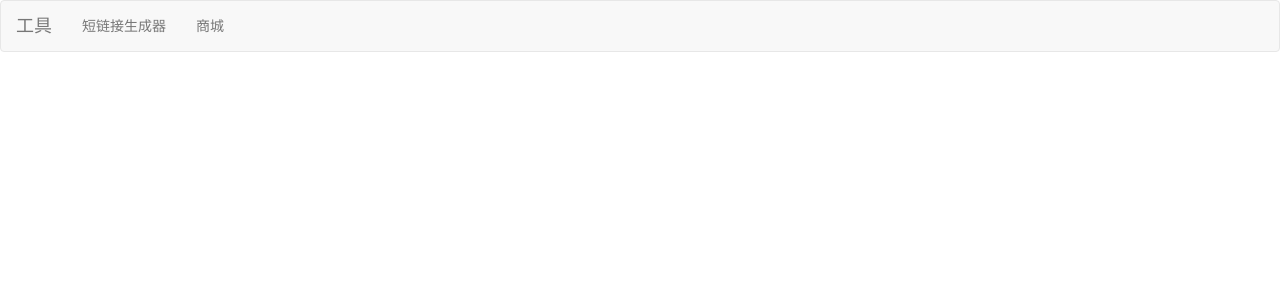
Repository: gwjczwy/CTF-Exercises
Page: http://localhost/tools/
These files come from the project's save history. The page is drawn as it stood at one moment and after the next save; the edit follows.
The browser window is 1280 px wide. The pictures show the whole page.
The page is served by the project's application, run on Django 2.2 (manage.py). Other server files are loaded and not shown.

Above is the page before, as saved 2019-04-29 15:24:55.

### tools/views.py
from django.shortcuts import render
from django.views.decorators.csrf import csrf_exempt
from django.http import HttpResponse


def index(requests):
    return render(requests,'tools/index.html',{'toolname':'index'})

def shop(requests):
    data={}
    data['toolName']="shop"
    return render(requests, 'tools/index.html', data)

def surl(requests):
    data={}
    data['toolName']="surl"
    data['parameter']="index"
    return render(requests, 'tools/index.html', data)

def surls(requests,parameter):
    data={}
    data['toolName']="surl"
    data['parameter']="link"
    print(parameter)


    return render(requests, 'tools/index.html', data)

### tools/templates/tools/index.html
{% load staticfiles %}
{% include "./head.html" %}

	<div style="text-align: center;">

	</div>
</html>

### tools/templates/tools/head.html
{% load staticfiles %}
<!doctype html>
<html>
	<head>
		<meta charset="utf-8">
		<title>内部人员专用工具</title>
		<link rel="stylesheet" href="{% static "tools/bootstrap.min.css" %}">
		<script src="{% static "tools/jquery.min.js" %}"></script>
		<script src="{% static "tools/bootstrap.min.js" %}"></script>
	</head>

	<body>
	<nav class="navbar navbar-default" role="navigation">
		<div class="container-fluid">
		<div class="navbar-header">
			<a class="navbar-brand" href="#">工具</a>
		</div>
			<div>


				<ul class="nav navbar-nav">
					<li {% if toolName == "surl" %} class="active" {% endif %}><a href="/tools/s">短链接生成器</a></li>
				</ul>
				<ul class="nav navbar-nav">
					<li {% if toolName == "shop" %} class="active" {% endif %}><a href="/tools/shop">商城</a></li>
				</ul>
			</div>
		</div>
	</nav>

### 训练平台/urls.py
from django.contrib import admin
from django.urls import path,include

urlpatterns = [
    path('tools/', include('tools.urls')),
    path('', include('sql.urls')),
    # path('admin/', admin.site.urls),
]

### tools/urls.py
from django.urls import path
from . import views

app_name='tools'
urlpatterns=[
    path('s/<str:parameter>/',views.surls), #带连接参数的短链接
    path('s/',views.surl), #短链接
    path('shop',views.shop),#商店
    path('',views.index),#主页
]

### sql/urls.py
from django.urls import path
from . import views

app_name='sql'
urlpatterns=[
    path('',views.index),#主页
    path('query',views.query),#查询
    path('getcheck',views.getCheck),#获取一个验证码
    path('check',views.checkCheck),#验证一个验证码
    path('url',views.checkCheck),#验证一个验证码
]

Loaded but not shown: tools/static/tools/bootstrap.min.css (library); tools/static/tools/jquery.min.js (library); tools/static/tools/bootstrap.min.js (library)

After the next save:
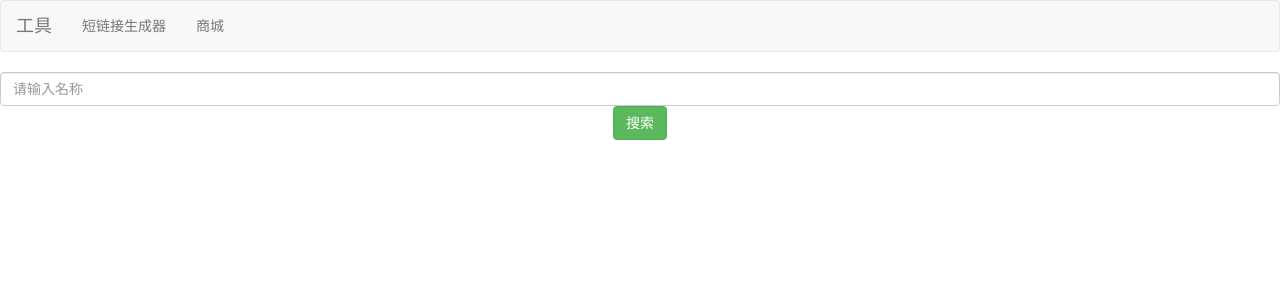
Saved 91 s later.
--- a/tools/templates/tools/index.html
+++ b/tools/templates/tools/index.html
@@ -2,6 +2,39 @@
 {% include "./head.html" %}
 
 	<div style="text-align: center;">
+		<input id="name" type="text" class="form-control" placeholder="请输入名称">
+		<input type="submit" class="btn btn-success" value="搜索" onclick="send()">
+	</div>
 
-	</div>
+	<script type="text/javascript">
+		function send()
+		{
+			var content = document.getElementById("name").value;
+			var check = document.getElementById("checkValue").value;
+			$.post('/query', {'content':content,'checkValue':check,'checkId':checkid},
+				function(data){
+					if(data['message']=="success"){
+                        var d=document.getElementById("result");
+                        while(d.hasChildNodes()) //清空结果集
+                        {
+                            d.removeChild(d.firstChild);
+                        }
+                        var arr=data['content']//添加搜索到的数据
+                        for(var i = 0, len = arr.length; i < len; i++){
+                            d.insertAdjacentHTML('beforeend',arr[i]);
+                        }
+					}else{
+                        var d=document.getElementById("result");
+                        while(d.hasChildNodes()) //清空结果集
+                        {
+                            d.removeChild(d.firstChild);
+                        }
+                        d.insertAdjacentHTML('beforeend','<h1>完蛋,出错了!!</h1>');
+					}
+				}
+			);
+		}
+	</script>
+
+
 </html>
